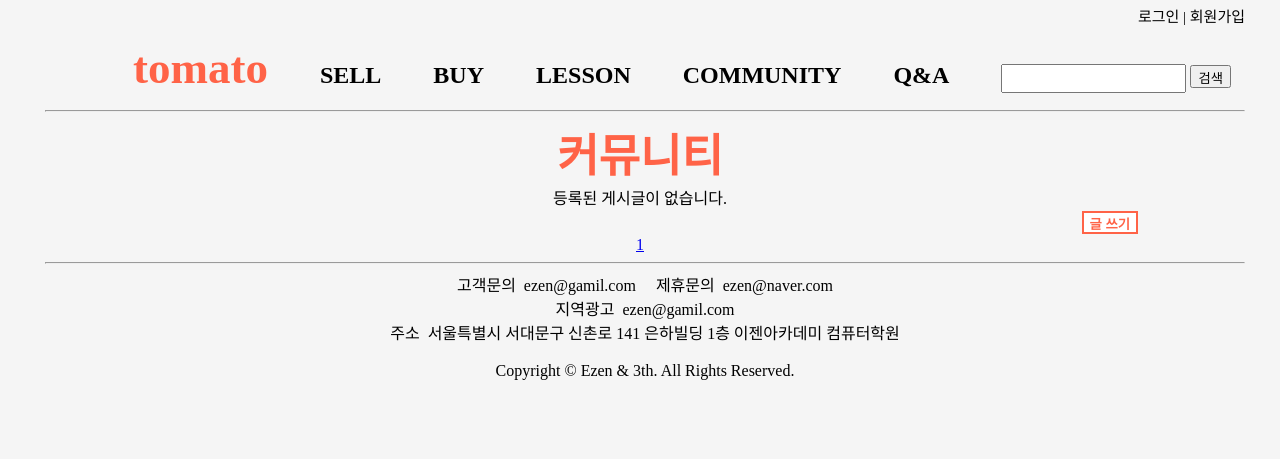
Repository: javadogfoot/semi-project
Page: http://localhost/tomato/community/community.jsp?cp=1
These files come from the project's save history. The page is drawn as it stood at one moment and after the next save; the edit follows.
The browser window is 1280 px wide. The pictures show the whole page.
The page is served by Tomcat 9. Queries for data that is not in the repository find no rows.

Above is the page before, as saved 2021-10-17 04:58:51.

After the next save:
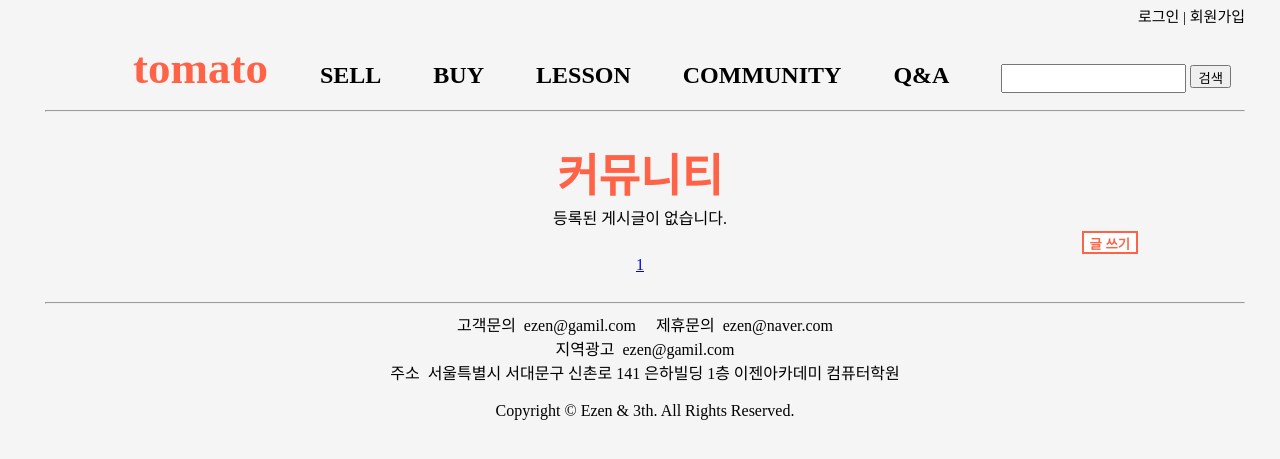
Saved 21 s later.
--- a/semi프로젝트워크스페이스/tomato/src/main/webapp/community/community.jsp
+++ b/semi프로젝트워크스페이스/tomato/src/main/webapp/community/community.jsp
@@ -65,7 +65,7 @@ if(cp % pageSize == 0)userGroup--;
 <body>
 <%@include file="/header.jsp" %>
 <section>
-<article style="width: 1000px; margin-top: 20px;margin: 0px auto;">
+<article style="width: 1000px; padding: 20px;margin: 0px auto;">
 	<div class="title">
 		<h1>커뮤니티</h1>
 	</div>
